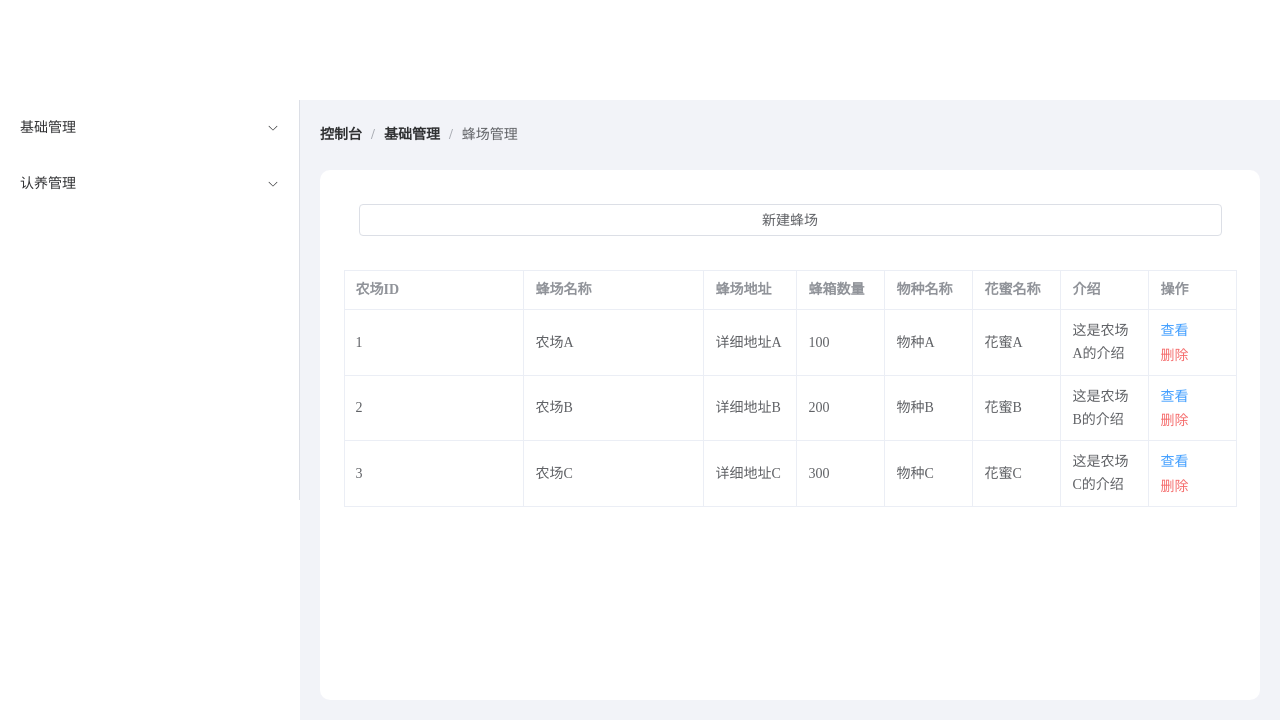
Repository: secret47/test-office-demo
Page: /dashboard/basic/farm
An editor plug-in stored every save of this project. The page is shown before and after the next save, followed by the edit.
The browser window is 1280 px wide. The pictures show the whole page.
The project was rebuilt for these pictures with package versions that can differ from the ones it lists, and the page was loaded fresh each time. Also part of the build but not shown: vite.config.js.

Above is the page before, as saved 2024-10-29 14:04:22.

### src/main.js
import { createApp } from 'vue'
import '@/style/main.scss'
import App from './App.vue'
import router from './router'

import lang from "./local"


import ElementPlus from "element-plus";
import 'element-plus/dist/index.css'
import * as ElementPlusIconsVue from '@element-plus/icons-vue'

const app = createApp(App);

for (const [key, component] of Object.entries(ElementPlusIconsVue)) {
    app.component(key, component)
}

app.use(lang)
app.use(ElementPlus)
app.use(router)
app.mount('#app')

### src/style/main.scss
* {
    padding: 0;
    margin: 0;
}

html,
body {
    width: 100%;
    height: 100%;
    background: #ffffff;
}

#app {
    width: 100%;
    height: 100%;
}

.main-container {
    width: 100%;
    height: 100%;
}

//顶部搜索
.searchBox {
    width: calc(95% - 30px);
    height: 70px;
    margin:0 auto;
    padding: 15px;
    display: flex;
    flex-direction: column;
    justify-content: center;
}
.list{
    width:95%;
    height: calc(100% - 100px);
    margin:0 auto;
}

### src/App.vue
<template>
  <!-- <div> -->
    <router-view />
  <!-- </div> -->
</template>

### src/router/index.js
import { createRouter, createWebHistory } from 'vue-router'
import layouts from "../layouts/index.vue"

const routes = [
    {
        path: '/',
        name: 'Login',
        component: () => import('@/views/login.vue'),
    },
    // 其他路由...
    {
        path: "/dashboard",
        name: "Dashboard",
        component: layouts,
        meta: {
            title: "控制中心"
        },
        children: [
            {
                path: "basic",
                name: "Basic",
                meta: {
                    title: "基础管理"
                },
                component: () => import("@/views/dashboard/basic/index.vue"),
                children: [
                    {
                        path: "farm",
                        name: "farm",
                        meta: {
                            title: "蜂场管理"
                        },
                        component: () => import("@/views/dashboard/basic/farm/index.vue"),
                    }
                ]

            }
        ]
    }
]

const router = createRouter({
    history: createWebHistory(),
    routes
})

export default router

### src/local/index.js
import { createI18n } from "vue-i18n";

import message from "./language"
const i18n = createI18n({
    locale: "zh",
    fallbackLocale: "zh",
    messages: message
})

export default i18n;

### src/layouts/index.vue
<template>
    <div class="layout">
        <el-container>
            <el-aside width="300px" class="side">
                <div class="logo"></div>
                <MenuComponent />
            </el-aside>
            <el-container class="container">
                <el-header>
                    <el-icon @click="toggleCollapse" class="toggle-icon">
                        <i class="toggle-icon-class"></i>
                    </el-icon>
                </el-header>
                <el-main>
                    <div class="bread">
                        <el-breadcrumb separator="/">
                            <el-breadcrumb-item :to="{ path: '/' }">控制台</el-breadcrumb-item>
                            <el-breadcrumb-item><a href="/">基础管理</a></el-breadcrumb-item>
                            <el-breadcrumb-item>蜂场管理</el-breadcrumb-item>
                        </el-breadcrumb>
                    </div>
                    <div class="main">
                        <router-view></router-view>
                    </div>
                </el-main>
            </el-container>
        </el-container>
    </div>
</template>

<script setup>
import MenuComponent from "./components/menu.vue"
import { ref } from 'vue';
const isCollapse = ref(false);
const toggleCollapse = () => {
    isCollapse.value = !isCollapse.value;
};
</script>

<style lang="scss" scoped>
.layout {
    width: 100%;
    height: 100%;

    .el-container {
        width: 100%;
        height: 100%;
    }

    .side {
        height: 100%;

        .logo {
            width: 100%;
            height: 100px;
        }
    }

    .container {
        width: calc(100% - 300px);
        height: 100%;

        .el-header {
            width: 100%;
            height: 100px;
            background: #ffffff;
        }

        .el-main {
            background: #F2F3F8;
            padding-top: 0;
            .bread {
                width: 100%;
                height: 70px;
                display: flex;
                flex-direction: column;
                justify-content: center;
            }

            .main {
                width: 100%;
                height: calc(100% - 70px);
                background: #ffffff;
                border-radius: 10px;
            }
        }
    }
}
</style>

### src/views/dashboard/basic/index.vue
<script setup lang="ts">
import { RouterView } from 'vue-router';
</script>

<template>
    <RouterView></RouterView>
</template>

### src/views/dashboard/basic/farm/index.vue
<template>
    <div class="main-container">
        <div class="searchBox">
            <el-button primary>新建蜂场</el-button>
        </div>
        <div class="list">
            <el-table border :data="farmList"> <el-table-column prop="farmId" label="农场ID"
                    width="180"></el-table-column>
                <el-table-column prop="farmName" label="蜂场名称" width="180"></el-table-column>
                <el-table-column prop="address" label="蜂场地址"></el-table-column>
                <el-table-column prop="hiveNums" label="蜂箱数量"></el-table-column>
                <el-table-column prop="speciesName" label="物种名称"></el-table-column>
                <el-table-column prop="nectarName" label="花蜜名称"></el-table-column>
                <el-table-column prop="introduce" label="介绍"></el-table-column>
                <el-table-column label="操作">
                    <template #default="scope">
                        <el-link type="primary">查看</el-link>
                        &nbsp;
                        <el-link type="danger">删除</el-link>
                    </template>
                </el-table-column>
            </el-table>
        </div>
    </div>
</template>
<script setup>
import { ref, reactive } from "vue"

const farmList = reactive([
    {
        farmId: "1",
        farmName: "农场A",
        provice: "省份A",
        city: "城市A",
        district: "区域A",
        address: "详细地址A",
        introduce: "这是农场A的介绍",
        hiveNums: "100",
        speciesName: "物种A",
        nectarName: "花蜜A",
        lng: "123.456",
        lat: "78.910"
    },
    {
        farmId: "2",
        farmName: "农场B",
        provice: "省份B",
        city: "城市B",
        district: "区域B",
        address: "详细地址B",
        introduce: "这是农场B的介绍",
        hiveNums: "200",
        speciesName: "物种B",
        nectarName: "花蜜B",
        lng: "123.457",
        lat: "78.911"
    },
    {
        farmId: "3",
        farmName: "农场C",
        provice: "省份C",
        city: "城市C",
        district: "区域C",
        address: "详细地址C",
        introduce: "这是农场C的介绍",
        hiveNums: "300",
        speciesName: "物种C",
        nectarName: "花蜜C",
        lng: "123.458",
        lat: "78.912"
    }
])

</script>

### src/local/language/index.js
import zh from "./zh"
import en from "./en"

export default {
    ...en,
    ...zh
}

### src/layouts/components/menu.vue
<template>
    <el-menu class="menu">
        <el-sub-menu index="1" :collapse="isCollapse">
            <template #title>基础管理</template>
            <el-menu-item index="1-1">蜂场管理</el-menu-item>
            <el-menu-item index="1-2">蜂箱管理</el-menu-item>
        </el-sub-menu>
        <el-sub-menu index="2">
            <template #title>认养管理</template>
            <el-menu-item index="2-1">认养设置</el-menu-item>
        </el-sub-menu>
    </el-menu>
</template>

<script setup>
import { ref } from 'vue';
const isCollapse = ref(false);
</script>

<style lang="scss" scoped>
.menu:not(.el-menu--collapse) {
    width: 300px;
    min-height: 400px;
}
</style>

### src/local/language/zh.js
export default{
    zh:{
        title:"后台管理系统",
        login:"登录",
        username:"用户名",
        password:"密码",
        remember:"记住密码",
        forget:"忘记密码",
    }
}

### src/local/language/en.js
export default{
    en:{
        title:"system management"
    }
}

Loaded but not shown: index.html (common file)

After the next save:
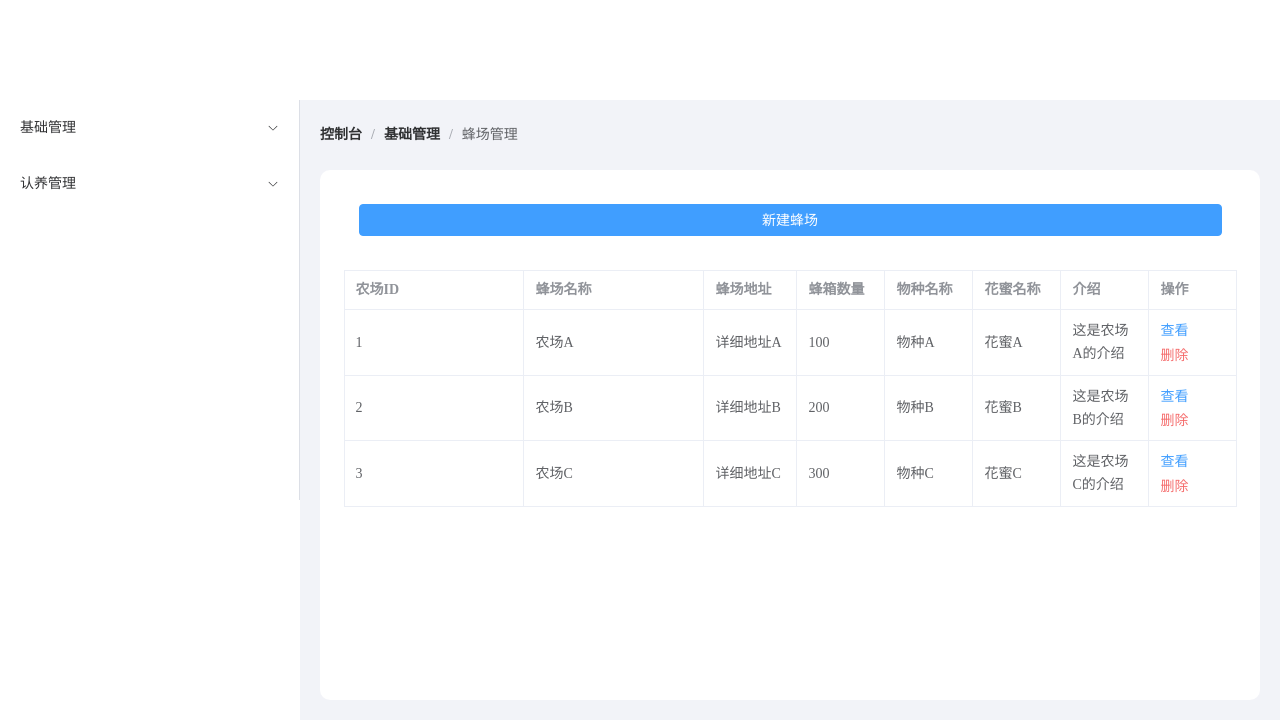
Saved 5 s later.
--- a/src/views/dashboard/basic/farm/index.vue
+++ b/src/views/dashboard/basic/farm/index.vue
@@ -1,7 +1,7 @@
 <template>
     <div class="main-container">
         <div class="searchBox">
-            <el-button primary>新建蜂场</el-button>
+            <el-button type="primary">新建蜂场</el-button>
         </div>
         <div class="list">
             <el-table border :data="farmList"> <el-table-column prop="farmId" label="农场ID"
